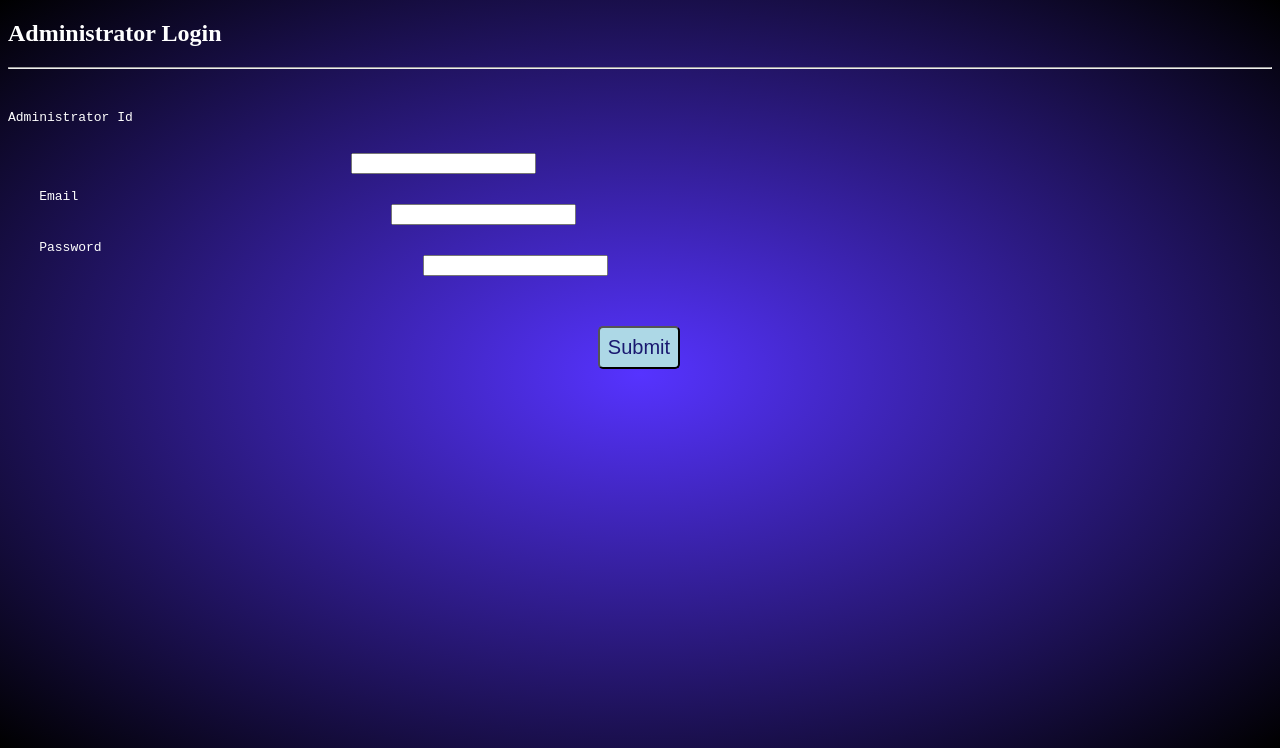
Repository: ShreyasG27/Amdocs-Training
Page: http://localhost/e-learning-frontend/loginadmin.jsp
An editor plug-in stored every save of this project. The page is shown before and after the next save, followed by the edit.
The browser window is 1280 px wide. The pictures show the whole page.
The page is served by Tomcat 9.

Above is the page before, as saved 2021-08-22 13:12:37.

After the next save:
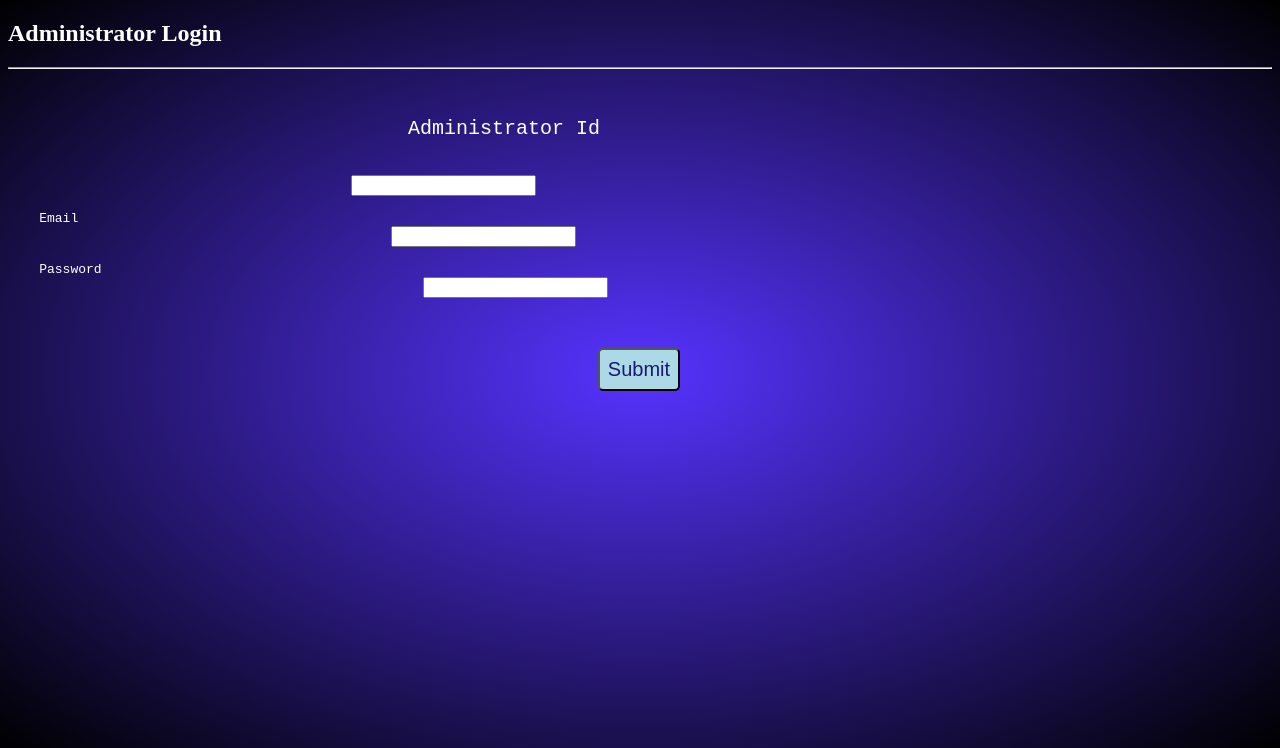
Saved 12 s later.
--- a/e-learning-frontend/src/main/webapp/loginadmin.jsp
+++ b/e-learning-frontend/src/main/webapp/loginadmin.jsp
@@ -49,7 +49,7 @@ body{
 <hr>
 <form action="admin" method="POST">
     <pre>
-    <p>Administrator Id</p>   <br> <input class="inputfld" type="number" name="adminid"><br>
+    <p class="txtfld">Administrator Id</p>   <br> <input class="inputfld" type="number" name="adminid"><br>
     Email	 <br><input class="inputfld1" type="email" name="email"><br>
     Password <br><input class="inputfld2" type="password" name="password"><br>
 
